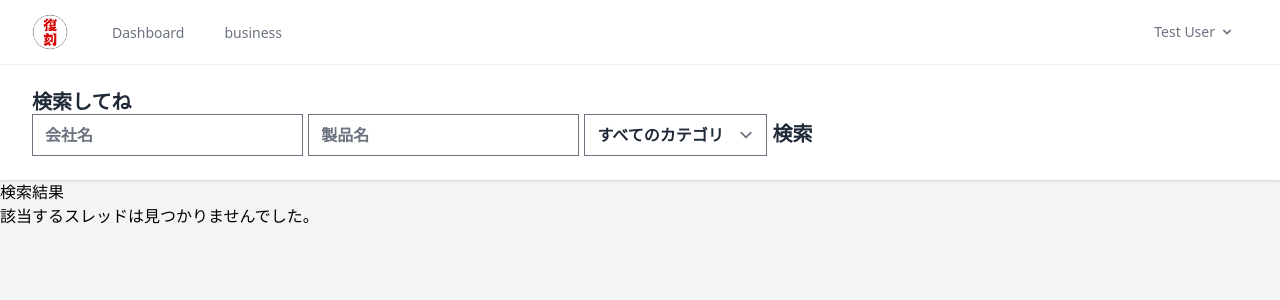
Repository: kyoko-shiraishi/Reproduce
Page: http://localhost/search
An editor plug-in stored every save of this project. The page is shown before and after the next save, followed by the edit.
The browser window is 1280 px wide. The pictures show the whole page.
Some web libraries are served in a nearby version. The page is served by the project's Laravel application, run on PHP 8.4 with Laravel 12. A made-up administrator, Test User (test@example.com), is signed in. Other server files are loaded and not shown. Style sheets and scripts are compiled from the project's sources, by tool versions that may differ from the author's. Queries for data that is not in the repository find no rows.

Above is the page before, as saved 2024-10-24 20:04:20.

### app/Providers/AppServiceProvider.php
<?php
namespace App\Providers;

use Illuminate\Support\ServiceProvider;
use Illuminate\Support\Facades\View;
use App\Models\Category; // Categoryモデルをインポート

class AppServiceProvider extends ServiceProvider
{
    public function boot()
    {
        // \URL::forceScheme('https');
        // すべてのビューにカテゴリを渡す
        View::composer('*', function ($view) {
            $categories = Category::all();
            $view->with('categories', $categories);
        });
    }

    public function register()
    {
        //
    }
}

### routes/web.php
<?php

use App\Http\Controllers\ProfileController;
use Illuminate\Support\Facades\Route;
use App\Http\Controllers\PleaseController;
use App\Http\Controllers\Auth\AuthenticatedSessionController;
use App\Http\Controllers\SearchController;
use App\Http\Controllers\PostController;
use App\Http\Controllers\NewController;
use App\Http\Controllers\LikeController;

// ララベルトップルート
Route::get('/', function () {
    return view('welcome');
});



// ログインページのルート
Route::get('/login', [AuthenticatedSessionController::class, 'create'])->name('login');

// ログイン処理のルート
Route::post('/login', [AuthenticatedSessionController::class, 'store']);

// 登録ページのルート
Route::get('/register', [RegisteredUserController::class, 'create'])->name('register');

// 登録処理のルート
Route::post('/register', [RegisteredUserController::class, 'store']);

// ダッシュボードのルート
Route::get('/dashboard', function () {
    return view('dashboard');
})->middleware(['auth', 'verified'])->name('dashboard');




// 認証が必要なルート
Route::middleware('auth')->group(function () {
// ホームページのルート
Route::get('/home',[PleaseController::class,'home'])->name('home');

Route::get('/business',[PleaseController::class,'business'])->name('business');
Route::get('/infomation',[PleaseController::class,'infomation'])->name('infomation');
Route::get('/logo',[PleaseController::class,'logo'])->name('logo');

Route::get('/search',[SearchController::class,'search'])->name('search.results');
Route::get('/post/{id}',[PostController::class,'post'])->name('post');
Route::get('/new_thread_create',[PleaseController::class,'new_thread_create'])->name('new_thread_create');

Route::post('/thread_store',[NewController::class,'category'])->name('category');

Route::post('/thread_store',[NewController::class,'thread_store'])->name('thread_store');
Route::get('/new_post_create/{id}', [NewController::class, 'new_post_create'])->name('new_post_create');

Route::post('/post_store/{threadId}', [NewController::class, 'post_store'])->name('post_store');
Route::get('/delete',[PleaseController::class,'delete_show'])->name('delete_show');
Route::post('/delete_selected',[PleaseController::class,'delete_selected'])->name('delete_selected');

Route::post('/thread/like', [LikeController::class, 'likeThread']);
Route::post('/post/like',[LikeController::class, 'LikePost']);


    Route::get('/profile', [ProfileController::class, 'edit'])->name('profile.edit');
    Route::patch('/profile', [ProfileController::class, 'update'])->name('profile.update');
    Route::delete('/profile', [ProfileController::class, 'destroy'])->name('profile.destroy');
});

require __DIR__.'/auth.php';

### app/Models/User.php
<?php

namespace App\Models;

// use Illuminate\Contracts\Auth\MustVerifyEmail;
use Illuminate\Database\Eloquent\Factories\HasFactory;
use Illuminate\Foundation\Auth\User as Authenticatable;
use Illuminate\Notifications\Notifiable;

class User extends Authenticatable
{
    use HasFactory, Notifiable;

    /**
     * The attributes that are mass assignable.
     *
     * @var array<int, string>
     */
    protected $fillable = [
        'name',
        'email',
        'password',
        'prefecture',
        'age',
        'gender',
    ];

    /**
     * The attributes that should be hidden for serialization.
     *
     * @var array<int, string>
     */
    protected $hidden = [
        'password',
        'remember_token',
    ];

    /**
     * Get the attributes that should be cast.
     *
     * @return array<string, string>
     */
    protected function casts(): array
    {
        return [
            'email_verified_at' => 'datetime',
            'password' => 'hashed',
        ];
    }
    public function prefecture(){
return $this->belongsTo(prefecture::class,'prefectures_id');
    }
    public function threads(){
        return $this->hasMany(Thread::class);
    }
    public function posts(){
        return $this->hasMany(Post::class);
    }
    public function thread_likes(){
        return $this->hasMany(ThreadLike::class);
    }
    public function post_likes(){
        return $this->hasMany(PostLike::class);
    }
}

### app/Http/Controllers/SearchController.php
<?php

namespace App\Http\Controllers;

use Illuminate\Http\Request;
use App\Models\Thread;
use App\Models\Company;
use App\Models\Product;
use App\Models\Category; // ここでCategoryモデルをインポート


class SearchController extends Controller
{
    public function search(Request $request)
    {
        // リクエストから検索条件を取得
        $companyName = $request->input('company_name');
        $productName = $request->input('product_name');



        // 検索クエリのベースを作成
        $query = Thread::with(['company', 'product.category']); // リレーションをロード

        // 会社名でフィルタリング
        if ($companyName) {
            $companies = Company::where('name', 'LIKE', '%' . $companyName . '%')->get();

            foreach($companies as $company){
            if ($company) {
                $query->where('company_id', $company->id);
            } else {
                $query->whereNull('company_id');
            }
        }
    }

        // 製品名でフィルタリング
        if ($productName) {
            $products = Product::where('name', 'LIKE', '%' . $productName . '%')->get();
            foreach($products as $product){
                if ($product) {
                    $query->where('product_id', $product->id);
                } else {
                    $query->whereNull('product_id');
                }
            }
            }


        // カテゴリでフィルタリング
        if ($request->filled('category_id')) {
            $query->whereHas('product', function ($q) use ($request) {
                $q->where('category_id', $request->category_id);
            });
        }

        // 検索結果を取得
        $threads = $query->get();

        // ビューに結果を渡して表示
        return view('search.results', compact('threads'));
    }

}

### app/Models/Thread.php
<?php

namespace App\Models;

use Illuminate\Database\Eloquent\Factories\HasFactory;
use Illuminate\Database\Eloquent\Model;

class Thread extends Model
{
    use HasFactory;
    protected $fillable=['content','product_id', 'company_id','user_id','image',];
    public function company(){
        return $this->belongsTo(Company::class);
    }
    public function product(){
        return $this->belongsTo(Product::class);
    }
    public function user(){
        return $this->belongsTo(User::class);
    }
    public function posts(){
        return $this->hasMany(Post::class);
    }
    public function thread_likes(){
        return $this->hasMany(ThreadLike::class);
    }
    public function isLikedByAuthUser() :bool
    {
        //認証済ユーザーid（自身のid）を取得
        $authUserId = \Auth::id();
        //空の配列を定義。後続の処理で、いいねしたユーザーのidを全て格納していくときに使う。
        $likersArr = array();

        //$thisは言葉の似た通り、クラス自身を指す。具体的にはこのPostクラスをインスタンス化した際の変数のことを指す。（後続のビューで登場する$postになります）
        foreach($this->thread_likes as $threadLike){
            //array_pushメソッドで第一引数に配列、第二引数に配列に格納するデータを定義し、配列を作成できる。
            //今回は$likersArrという空の配列にいいねをした全てのユーザーのidを格納している。
            array_push($likersArr,$threadLike->user_id);

        }
        //in_arrayメソッドを利用し、認証済ユーザーid（自身のid）が上記で作成した配列の中に存在するかどうか判定している
        if (in_array($authUserId,$likersArr)){
            //存在したらいいねをしていることになるため、trueを返す
            return true;
        }else{
            return false;
        }
    }

}

### app/Models/Category.php
<?php

namespace App\Models;

use Illuminate\Database\Eloquent\Factories\HasFactory;
use Illuminate\Database\Eloquent\Model;

class Category extends Model
{
    use HasFactory;

    // 保存するデータ
    protected $fillable = ['name'];


    /**
     * 製品とのリレーション
     */
    public function products()
    {
        return $this->hasMany(Product::class, 'category_id');
        // 'category_id' は、Product テーブル内の外部キーのカラム名です。このカラムは、どの Category に属しているかを示します
    }
}

### resources/views/search/results.blade.php
<x-app-layout>
@vite(['resources/css/app.css', 'resources/js/app.js'])
    <x-slot name="header">
        <h2 class="font-semibold text-xl text-gray-800 leading-tight">
            <!-- ヘッダーに検索バー -->
            <p>検索してね</p>
            <form action="{{ route('search.results') }}" method="GET"> <!-- アクションを指定 -->
    <input type="text" id="company_name" name="company_name" placeholder="会社名">
    <input type="text" name="product_name" placeholder="製品名">
    <input type="hidden" id="Kanacompany_name" name="Kanacompany_name">
    <select name="category_id">
        <option value="">すべてのカテゴリ</option>
        @foreach ($categories as $category)
            <option value="{{ $category->id }}">{{ $category->name }}</option>
        @endforeach
    </select>
    <input type="submit" value="検索">
</form>


        </h2>
    </x-slot>
    <html lang="en">
        <head>
            <meta charset="UTF-8">
            <meta name="viewport" content="width=device-width, initial-scale=1.0">
            <title>検索結果</title>
        </head>
        <body>
    <h1>検索結果</h1>

    @if($threads->isEmpty())
        <p>該当するスレッドは見つかりませんでした。</p>
    @else
        <div class="grid grid-cols-1 gap-4">
            @foreach($threads as $thread)
            <a href="{{ route('post', ['id' => $thread->id]) }}">
                <div class="thread border-4 border-blue-400 rounded-lg p-4 shadow-md flex flex-col items-start">

                    <p>会社名: {{ $thread->company->name ?? '不明' }}</p>
                    <p>製品名: {{ $thread->product->name ?? '不明' }}</p>
                    <p>カテゴリ: {{ $thread->product->category->name ?? '不明' }}</p>
                    <p>{{ $thread->content }}</p>
                    <p>投稿：{{ $thread->created_at ? $thread->created_at->format('Y年m月d日 H:i:s') : '不明' }}</p>
                    <p>いいね数: {{ $thread->thread_likes->count() }}</p>

                    <div>
                <img src="{{ $thread->image }}" >
                </div>

                </div>
            </a>
            @endforeach
        </div>
    @endif

</body>

    </html>
</x-app-layout>





<script>
        document.getElementById('company_name').addEventListener('input', function() {
            const companyName = this.value;
            const KanaCompanyName = wanakana.toKatakana(companyName);
            document.getElementById('Kanacompany_name').value = KanaCompanyName; // 隠しフィールドに設定
            console.log(KanaCompanyName); // デバッグ用

        });
    </script>

### resources/views/layouts/app.blade.php
<!DOCTYPE html>
<html lang="{{ str_replace('_', '-', app()->getLocale()) }}">
    <head>
        <meta charset="utf-8">
        <meta name="viewport" content="width=device-width, initial-scale=1">
        <meta name="csrf-token" content="{{ csrf_token() }}">
        @vite(['resources/css/app.css', 'resources/js/app.js'])


        <title>{{ config('app.name', 'Laravel') }}</title>

        <!-- Fonts -->

        <!-- Scripts -->
        <script src="https://kit.fontawesome.com/e7550042f0.js" crossorigin="anonymous"></script>

        <style>
        .threadList{
        text-align:center;
        }
        .each {

            width: 100%; /* 幅を100%に設定 */
            margin: 0; /* 左右のマージンを0に設定 */
            padding: 0; /* パディングを0に設定 */
        }

        .each {
            display:flex;
            flex-wrap:wrap;/* 折り返し */
            list-style-type: none; /* リストスタイルを消去 */
            width:100%;
            margin:0px;
        }

        a{
            width:100%;
        }


       .like-btn{
        z-index:10;

       }


        .each li {
            /* border: 1px solid #ccc; 各スレッドにボーダーを追加 */
            padding: 0px; /* 内側のパディングを設定 */
            margin-bottom: 10px; /* 各リスト項目の下にマージンを追加 */
            width: 1250x;
            margin:0 auto 50px;
        }
        @media screen and (min-width:380px){
            .border-4.border-blue-400.rounded-lg.p-4.shadow-md.flex.items-start{
                width:46%;
                margin:20px 2%;
            }
        }
        @media screen and (max-width:379.9px){
            .border-4.border-blue-400.rounded-lg.p-4.shadow-md.flex.items-start{
               margin:10px 0;
            }
        }
        .liked{
            color:orangered;
            transition:.2s;
        }
        .flexbox{
            align-items: center;
            display: flex;
        }
        .count-num{
            font-size: 20px;
            margin-left: 10px;
        }
        .fa-heart{
            font-size: 30px;
        }
        .responsive-img {
            /* max-width: 100%; 画像の最大幅を親要素に合わせる */
            /* width: 500px; 画像の幅を固定 */
            /* height: 200px; 画像の高さを固定 */
            /* object-fit: cover; 縦横比を維持しつつ、指定したサイズに収まるように調整 */
            /* border-radius: 8px; 角を少し丸くしたい場合 */
            width:100%;

        }
        .content{
            margin-bottom:50px;
        }
        .yoko{
            display:flex;
            justify-content:space-evenly;
        }
        .yoko p {
            margin-right: 10px; /* 右側の間隔を設定 */
        }
        .yoko h3{
            margin-right: 10px;
        }
        .top-thread-1 {

            background: linear-gradient(45deg, #c0b283 0%, #c0b283 45%, #FEE9A0 70%, #c0b283 85%, #c0b283 90% 100%);
  background-size: 800% 400%;
  animation: gradient 5s infinite cubic-bezier(.62, .28, .23, .99) both;
        }
        @keyframes gradient {
  0% {
    background-position: 0% 50%;
  }

  50% {
    background-position: 100% 50%;
  }

  100% {
    background-position: 0% 50%;
  }
}
        .top-thread-2 {
            background: linear-gradient(45deg, #757575 0%, #9E9E9E 45%, #E8E8E8 70%, #9E9E9E 85%, #757575 90% 100%);
  background-size: 800% 400%;
  animation: gradient 5s infinite cubic-bezier(.62, .28, .23, .99) both;
        }
        @keyframes gradient {
  0% {
    background-position: 0% 50%;
  }

  50% {
    background-position: 100% 50%;
  }

  100% {
    background-position: 0% 50%;
  }
}

        .top-thread-3 {
            background: linear-gradient(45deg, #a57e65 0%, #a57e65 45%, #f3cfb8 70%, #a57e65 85%, #a57e65 90% 100%);
  background-size: 800% 400%;
  animation: gradient 5s infinite cubic-bezier(.62, .28, .23, .99) both;
        }
        @keyframes gradient {
  0% {
    background-position: 0% 50%;
  }

  50% {
    background-position: 100% 50%;
  }

  100% {
    background-position: 0% 50%;
  }
}

        .comment_list{
            margin:20px;
        }
        .font-bold{
            margin-bottom:20px;
        }
        .button{
            margin:20px;
        }

    </style>

    </head>
    <body class="font-sans antialiased">
        <div class="min-h-screen bg-gray-100">
            @include('layouts.navigation')

            <!-- Page Heading -->
            @isset($header)
                <header class="bg-white shadow">
                    <div class="max-w-7xl mx-auto py-6 px-4 sm:px-6 lg:px-8">
                        {{ $header }}
                    </div>
                </header>
            @endisset

            <!-- Page Content -->
            <main>
                {{ $slot }}
            </main>
        </div>
    </body>
</html>

### resources/views/layouts/navigation.blade.php
<nav x-data="{ open: false }" class="bg-white border-b border-gray-100">
    <!-- Primary Navigation Menu -->
    <div class="max-w-7xl mx-auto px-4 sm:px-6 lg:px-8">
        <div class="flex justify-between h-16">
            <div class="flex">
                <!-- Logo -->
                <div class="shrink-0 flex items-center">
        <a href="{{ route('home') }}">
            <img src="{{ asset('images/logo2.png') }}" class="block h-9 w-auto" alt="Logo">
        </a>
    </div>

                <!-- Navigation Links -->
                <div class="hidden space-x-8 sm:-my-px sm:ms-10 sm:flex">
                    <x-nav-link :href="route('dashboard')" :active="request()->routeIs('dashboard')">
                        {{ __('Dashboard') }}
                    </x-nav-link>

                    <x-nav-link :href="route('business')" :active="request()->routeIs('index')">
                        {{ __('business') }}
                    </x-nav-link>
                </div>
            </div>



            <!-- Settings Dropdown -->
            <div class="hidden sm:flex sm:items-center sm:ms-6">
                <x-dropdown align="right" width="48">
                    <x-slot name="trigger">
                        <button class="inline-flex items-center px-3 py-2 border border-transparent text-sm leading-4 font-medium rounded-md text-gray-500 bg-white hover:text-gray-700 focus:outline-none transition ease-in-out duration-150">
                        @auth
                            <div>{{ Auth::user()->name }}</div>
                        @endauth

                            <div class="ms-1">
                                <svg class="fill-current h-4 w-4" xmlns="http://www.w3.org/2000/svg" viewBox="0 0 20 20">
                                    <path fill-rule="evenodd" d="M5.293 7.293a1 1 0 011.414 0L10 10.586l3.293-3.293a1 1 0 111.414 1.414l-4 4a1 1 0 01-1.414 0l-4-4a1 1 0 010-1.414z" clip-rule="evenodd" />
                                </svg>
                            </div>
                        </button>
                    </x-slot>

                    <x-slot name="content">
                        <x-dropdown-link :href="route('profile.edit')">
                            {{ __('Profile') }}
                        </x-dropdown-link>

                        <x-dropdown-link :href="route('delete_show')">
                            {{ __('delete') }}
                        </x-dropdown-link>

                        <!-- Authentication -->
                        <form method="POST" action="{{ route('logout') }}">
                            @csrf

                            <x-dropdown-link :href="route('logout')"
                                    onclick="event.preventDefault();
                                                this.closest('form').submit();">
                                {{ __('Log Out') }}
                            </x-dropdown-link>
                        </form>
                    </x-slot>
                </x-dropdown>
            </div>

            <!-- Hamburger -->
            <div class="-me-2 flex items-center sm:hidden">
                <button @click="open = ! open" class="inline-flex items-center justify-center p-2 rounded-md text-gray-400 hover:text-gray-500 hover:bg-gray-100 focus:outline-none focus:bg-gray-100 focus:text-gray-500 transition duration-150 ease-in-out">
                    <svg class="h-6 w-6" stroke="currentColor" fill="none" viewBox="0 0 24 24">
                        <path :class="{'hidden': open, 'inline-flex': ! open }" class="inline-flex" stroke-linecap="round" stroke-linejoin="round" stroke-width="2" d="M4 6h16M4 12h16M4 18h16" />
                        <path :class="{'hidden': ! open, 'inline-flex': open }" class="hidden" stroke-linecap="round" stroke-linejoin="round" stroke-width="2" d="M6 18L18 6M6 6l12 12" />
                    </svg>
                </button>
            </div>
        </div>
    </div>

    <!-- Responsive Navigation Menu -->
    <div :class="{'block': open, 'hidden': ! open}" class="hidden sm:hidden">
        <div class="pt-2 pb-3 space-y-1">
            <x-responsive-nav-link :href="route('dashboard')" :active="request()->routeIs('dashboard')">
                {{ __('Dashboard') }}
            </x-responsive-nav-link>
        </div>

        <!-- Responsive Settings Options -->
        <div class="pt-4 pb-1 border-t border-gray-200">
            <div class="px-4">
                <div class="font-medium text-base text-gray-800">{{ Auth::user()->name }}</div>
                <div class="font-medium text-sm text-gray-500">{{ Auth::user()->email }}</div>
            </div>

            <div class="mt-3 space-y-1">
                <x-responsive-nav-link :href="route('profile.edit')">
                    {{ __('Profile') }}
                </x-responsive-nav-link>

                <!-- Authentication -->
                <form method="POST" action="{{ route('logout') }}">
                    @csrf

                    <x-responsive-nav-link :href="route('logout')"
                            onclick="event.preventDefault();
                                        this.closest('form').submit();">
                        {{ __('Log Out') }}
                    </x-responsive-nav-link>
                </form>
            </div>
        </div>
    </div>
</nav>

Loaded but not shown: routes/auth.php (common file); app/Http/Controllers/Auth/EmailVerificationPromptController.php (common file); app/Http/Controllers/Controller.php (common file); app/Http/Controllers/Auth/VerifyEmailController.php (common file); app/View/Components/AppLayout.php (common file); resources/views/components/nav-link.blade.php (common file); resources/views/components/dropdown-link.blade.php (common file); resources/views/components/dropdown.blade.php (common file); resources/views/components/responsive-nav-link.blade.php (common file); resources/css/app.css (common file); tailwind.config.js (common file)

After the next save:
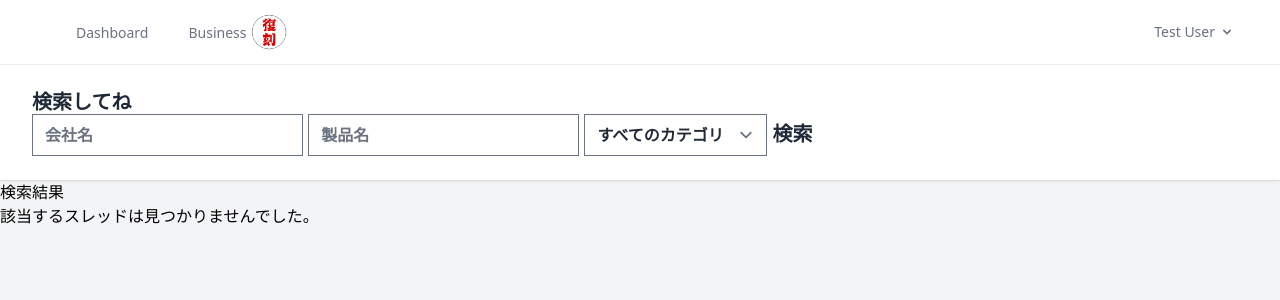
Saved 3 min 55 s later.
--- a/resources/views/layouts/navigation.blade.php
+++ b/resources/views/layouts/navigation.blade.php
@@ -2,14 +2,7 @@
     <!-- Primary Navigation Menu -->
     <div class="max-w-7xl mx-auto px-4 sm:px-6 lg:px-8">
         <div class="flex justify-between h-16">
-            <div class="flex">
-                <!-- Logo -->
-                <div class="shrink-0 flex items-center">
-        <a href="{{ route('home') }}">
-            <img src="{{ asset('images/logo2.png') }}" class="block h-9 w-auto" alt="Logo">
-        </a>
-    </div>
-
+        <div class="flex">
                 <!-- Navigation Links -->
                 <div class="hidden space-x-8 sm:-my-px sm:ms-10 sm:flex">
                     <x-nav-link :href="route('dashboard')" :active="request()->routeIs('dashboard')">
@@ -17,11 +10,17 @@
                     </x-nav-link>
 
                     <x-nav-link :href="route('business')" :active="request()->routeIs('index')">
-                        {{ __('business') }}
+                        {{ __('Business') }}
                     </x-nav-link>
                 </div>
+
+                <!-- Logo -->
+                <div class="shrink-0 flex items-center">
+                    <a href="{{ route('home') }}">
+                        <img src="{{ asset('images/logo2.png') }}" class="block h-9 w-auto" alt="Logo">
+                    </a>
+                </div>
             </div>
-
 
 
             <!-- Settings Dropdown -->
